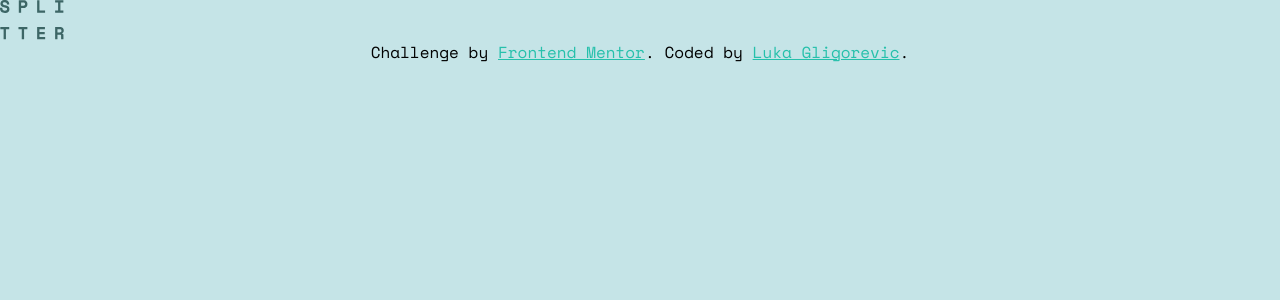
Repository: gligor99/tip-fmentor
Page: /
These files come from the project's save history. The page is drawn as it stood at one moment and after the next save; the edit follows.
The browser window is 1280 px wide. The pictures show the whole page.
The project was rebuilt for these pictures with package versions that can differ from the ones it lists, and the page was loaded fresh each time.

Above is the page before, as saved 2021-11-26 20:42:13.

After the next save:
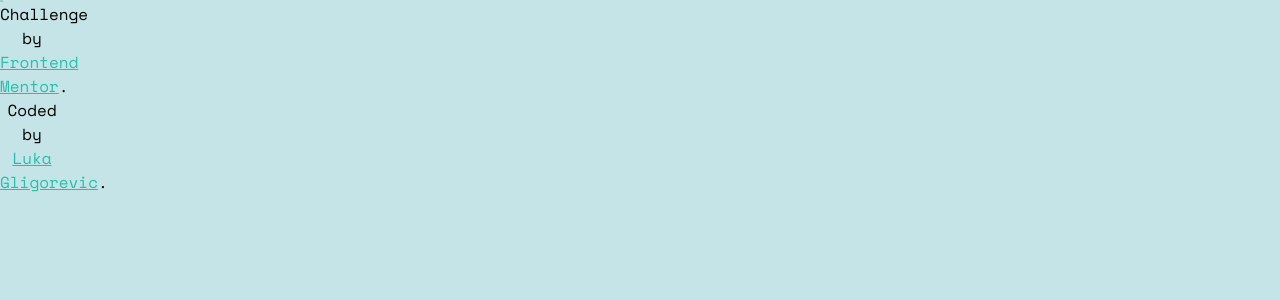
Saved 9 s later.
--- a/src/index.css
+++ b/src/index.css
@@ -31,7 +31,7 @@
   justify-content: center;
 }
 
-.logo {
+.App, .logo {
   max-width: 5%;
 }
 

After the save that followed:
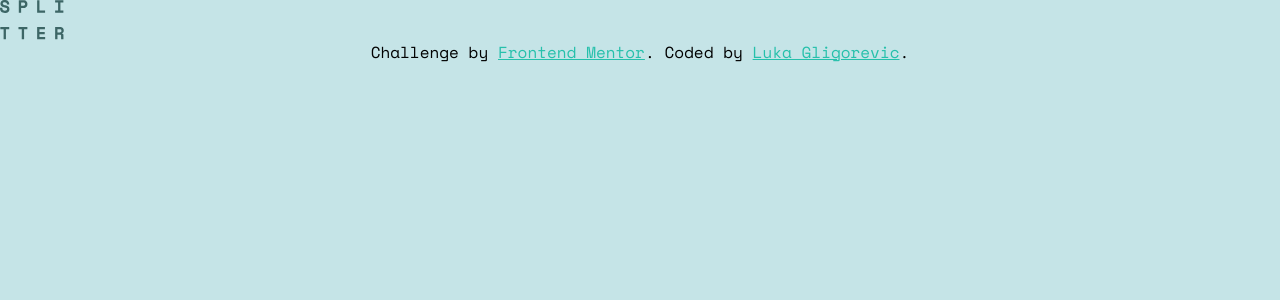
Saved 9 s later.
--- a/src/index.css
+++ b/src/index.css
@@ -31,7 +31,7 @@
   justify-content: center;
 }
 
-.App, .logo {
+.logo {
   max-width: 5%;
 }
 
